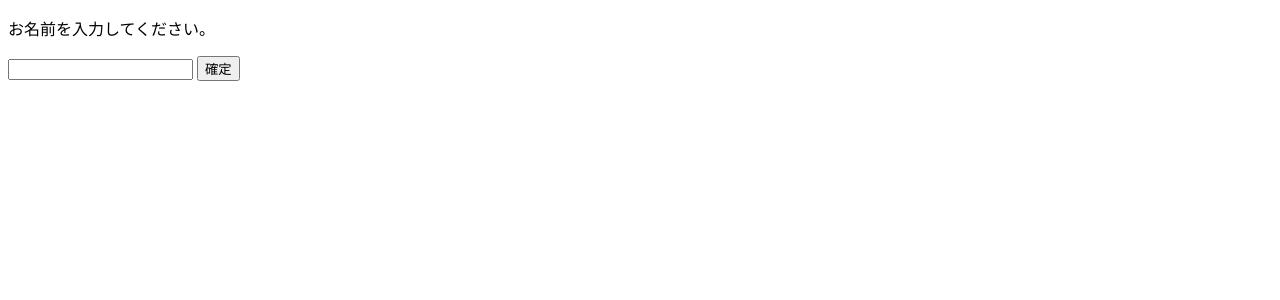
Repository: akira44441111/test
Page: http://localhost/HelloJSP/
An editor plug-in stored every save of this project. The page is shown before and after a run of saves, followed by the edit.
The browser window is 1280 px wide. The pictures show the whole page.
The page is served by Tomcat 9.

Above is the page before, as saved 2018-09-21 07:45:25.

### HelloJSP/WebContent/index.jsp
<%@ page language="java" contentType="text/html; charset=UTF-8"
    pageEncoding="UTF-8"%>
<!DOCTYPE html>
<html>
<head>
<meta charset="UTF-8">
<title>TEST</title>
</head>

<body>

<p>お名前を入力してください。</p>

<form method="post" action="greeting-out.jsp">
<input type="text" name="user">
<input type="submit" value="確定">
</form>

</body>

</html>

After the next 2 saves:
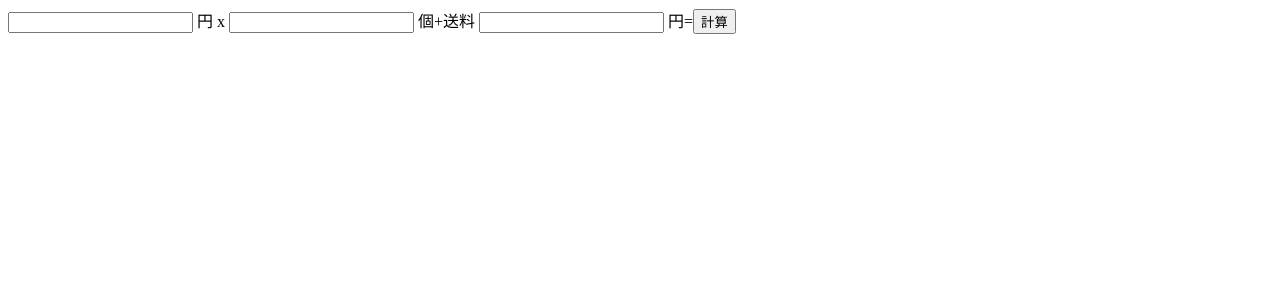
The 2 saves are shown as one change because 1 did not build or start.
The last was saved 24 min 7 s later.
--- a/HelloJSP/WebContent/index.jsp
+++ b/HelloJSP/WebContent/index.jsp
@@ -9,13 +9,17 @@
 
 <body>
 
-<p>お名前を入力してください。</p>
+<form method="post" action="total-out.jsp">
+<input type="text" name="price">
+円 x
+<input type="text" name="count">
+個+送料
+<input type="text" name="delivery">
+円=<input type="submit" value="計算">
 
-<form method="post" action="greeting-out.jsp">
-<input type="text" name="user">
-<input type="submit" value="確定">
+
+
 </form>
-
 </body>
 
 </html>
